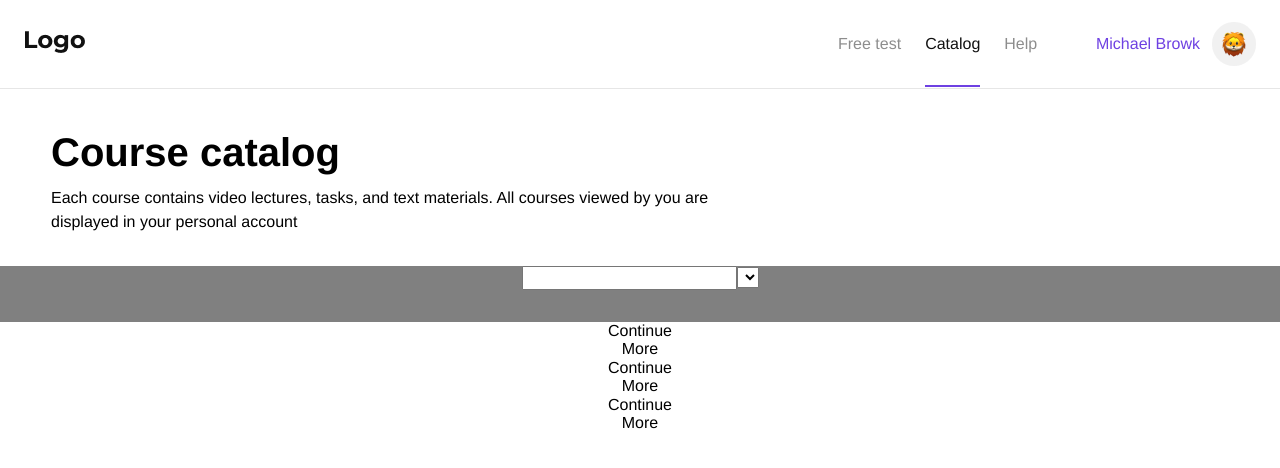
Repository: skydevil1604/vue-test-app
Page: /#/main-page
The author's editor kept a copy of each file at every save. The page is drawn from the files as they stood at one save, then again after the next save.
The browser window is 1280 px wide. The pictures show the whole page.
The project was rebuilt for these pictures with package versions that can differ from the ones it lists, and the page was loaded fresh each time. Also part of the build but not shown: src/components/Tabs.vue, src/components/Tab.vue, src/components/Login.vue, src/components/Registration.vue, src/components/AuthenticationForm.vue.

Above is the page before, as saved 2020-04-06 20:20:22.

### public/index.html
<!DOCTYPE html>
<html lang="en">
  <head>
    <meta charset="utf-8">
    <meta http-equiv="X-UA-Compatible" content="IE=edge">
    <meta name="viewport" content="width=device-width,initial-scale=1.0">
    <link rel="icon" href="<%= BASE_URL %>favicon.ico">
    <link rel="stylesheet" href="../src/assets/normalize.css">
    <title><%= htmlWebpackPlugin.options.title %></title>
  </head>
  <body style="margin:0 auto;">
    <noscript>
      <strong>We're sorry but <%= htmlWebpackPlugin.options.title %> doesn't work properly without JavaScript enabled. Please enable it to continue.</strong>
    </noscript>
    <div id="app"></div>
    <!-- built files will be auto injected -->
  </body>
</html>

### src/main.js
import Vue from 'vue'
import App from './App.vue'
import VueRouter from 'vue-router'
import router from './router';

Vue.config.productionTip = false;
Vue.use(VueRouter)

new Vue({
  render: h => h(App),
  router
}).$mount('#app');

### src/App.vue
<template>
  <div id="app">
    <router-view>
      <AuthenticationForm />
    </router-view>
  </div>
</template>

<script>
import AuthenticationForm from './components/AuthenticationForm';

export default {
  name: 'App',
  components: {
    AuthenticationForm
  }
}
</script>

<style>
#app {
  font-family: Avenir, Helvetica, Arial, sans-serif;
  -webkit-font-smoothing: antialiased;
  -moz-osx-font-smoothing: grayscale;
  text-align: center;
  display: flex;
  height: 100vh;
}
</style>

### src/router/index.js
import Vue                        from 'vue';
import VueRouter                     from 'vue-router';
import MainPageComponent          from '@/components/MainPage';
import AuthenticationForm         from '@/components/AuthenticationForm';

Vue.use(VueRouter);

const router = new VueRouter({
    routes: [

      {
        path: '/main-page',
        name: 'mainPage',
        component: MainPageComponent,
      },
      {
        path: '/',
        name: 'authenticationForm',
        component: AuthenticationForm,
      },
    ]
  });

export default router;

### src/components/MainPage.vue
<template>
    <div class="main-page">
        <header class="header">
            <a class="logo" href="#">
                <img src="../assets/logo.png" alt="logo">
            </a>
            <nav class="navigation">
                <ul class="navigation__list">
                    <li class="navigation__item">
                        <a class="navigation__link" href="#">Free test</a>
                    </li>
                    <li class="navigation__item">
                        <a class="navigation__link navigation__link--active" href="#">Catalog</a>
                    </li>
                    <li class="navigation__item">
                        <a class="navigation__link" href="#">Help</a>
                    </li>
                </ul>
                <div class="navigation__profile">
                    <span class="navigation__user-name">Michael Browk</span>
                    <img class="navigation__user-photo" src="../assets/Lion.png" alt="">
                </div>
            </nav>
        </header>

        <section class="info">
            <h1 class="info__heading">Course catalog</h1>
            <p class="info__description">
                Each course contains video lectures, tasks, and text materials. All courses viewed by you are displayed in your personal account
            </p>
        </section>

        <section class="main-filter">
            <input type="search" name="search" id="search">
            <select name="" id=""></select>
        </section>

        <section class="main-content">
            <div class="post">
                <div class="post__header"></div>
                <div class="post__title"></div>
                <div class="post__info"></div>
                <div class="post__button-wrapper">
                    <div class="post__button post__button--main">Continue</div>
                    <div class="post__button post__button--secondary">More</div>
                </div>
            </div>
            <div class="post">
                <div class="post__header"></div>
                <div class="post__title"></div>
                <div class="post__info"></div>
                <div class="post__button-wrapper">
                    <div class="post__button post__button--main">Continue</div>
                    <div class="post__button post__button--secondary">More</div>
                </div>
            </div>
            <div class="post">
                <div class="post__header"></div>
                <div class="post__title"></div>
                <div class="post__info"></div>
                <div class="post__button-wrapper">
                    <div class="post__button post__button--main">Continue</div>
                    <div class="post__button post__button--secondary">More</div>
                </div>
            </div>
        </section>
    </div>
</template>

<script>

export default {
    name: 'MainPageComponent',
}
</script>

<style lang="scss">
    .main-page {
        max-width: 1366px;
        width: 100%;
        margin: 0 auto;
    }

    .header {
        padding-top: 22px;
        padding-bottom: 22px;
        padding-left: 24px;
        padding-right: 24px;
        display: flex;
        justify-content: space-between;
        align-items: center;
        box-shadow: 0px 1px 0px rgba(17, 17, 17, 0.1);
    }

    .navigation {
        display: flex;
        align-items: center;
        width: 418px;
        justify-content: space-between;

            &__list {
                list-style: none;
                display: flex;
                padding: 0;
                margin: 0;

                  &:last-child {
                    margin-right: 0;
                }
            }

            &__item {
                margin-right: 24px;
                font-size: 16px;
                color: rgba(17, 17, 17, 0.48);

                    &:hover {
                        color: #111111;
                    }
            }

            &__link {
                text-decoration: none;
                font-style: normal;
                font-weight: normal;
                font-size: inherit;
                color: inherit;
                line-height: 24px;
                padding-bottom: 35px;
                    &--active {
                        border-top-width: 6px;
                        color: #111111;
                        box-shadow: inset 0px -2px 0px #6E41E2;
                    }
            }

            &__profile {
                display: flex;
                align-items: center;
                justify-content: space-between;
            }

            &__user-name {
                font-style: normal;
                font-weight: normal;
                font-size: 16px;
                line-height: 24px;
                color: #6E41E2;
                margin-right: 12px;
            }
    }

    .info {
        text-align: left;
        padding-top: 40px;
        padding-left: 51px;
        padding-bottom: 32px;
        max-width: 724px;

            &__heading {
                font-style: normal;
                font-weight: bold;
                font-size: 40px;
                line-height: 48px;
                margin:0;
                margin-bottom: 10px;
            }

            &__description {
                font-style: normal;
                font-weight: normal;
                font-size: 16px;
                line-height: 24px;
                margin:0;
            }
    }

    .main-filter {
        height: 56px;
        background-color: grey;
        padding-left: 51px;
        padding-right: 51px;
    }
</style>

Loaded but not shown: src/assets/normalize.css (library)

After the next save:
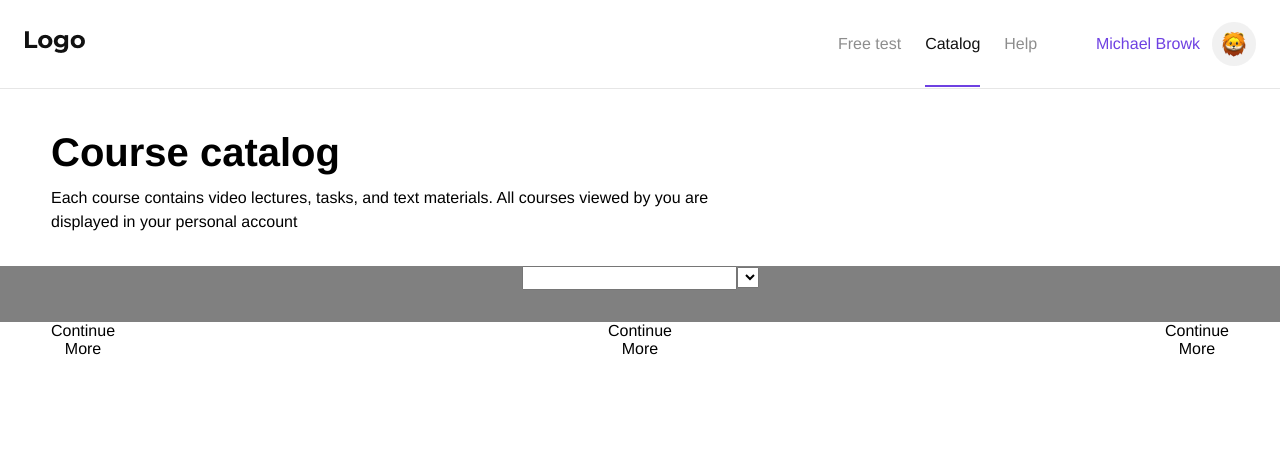
Saved 76 s later.
--- a/src/components/MainPage.vue
+++ b/src/components/MainPage.vue
@@ -181,4 +181,11 @@ export default {
         padding-left: 51px;
         padding-right: 51px;
     }
+
+    .main-content {
+        padding-left: 51px;
+        padding-right: 51px;
+        display: flex;
+        justify-content: space-between;
+    }
 </style>
